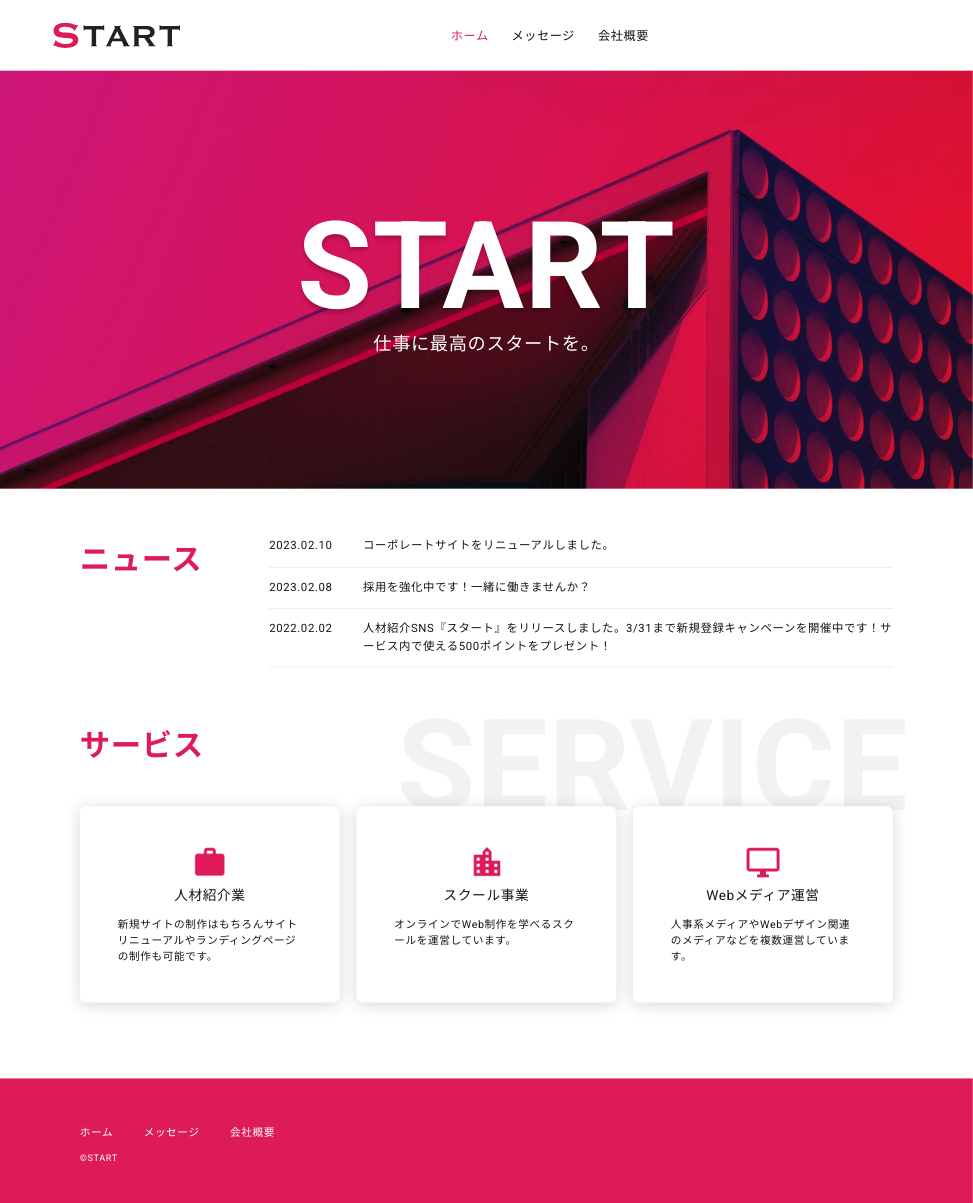
Repository: tetishi/tetishi.github.io
Page: index.html
An editor plug-in stored every save of this project. The page is shown before and after the next save, followed by the edit.
The browser window is 1280 px wide. The pictures show the whole page, at 76% of full size.

Above is the page before, as saved 2023-07-17 15:05:18.

After the next save:
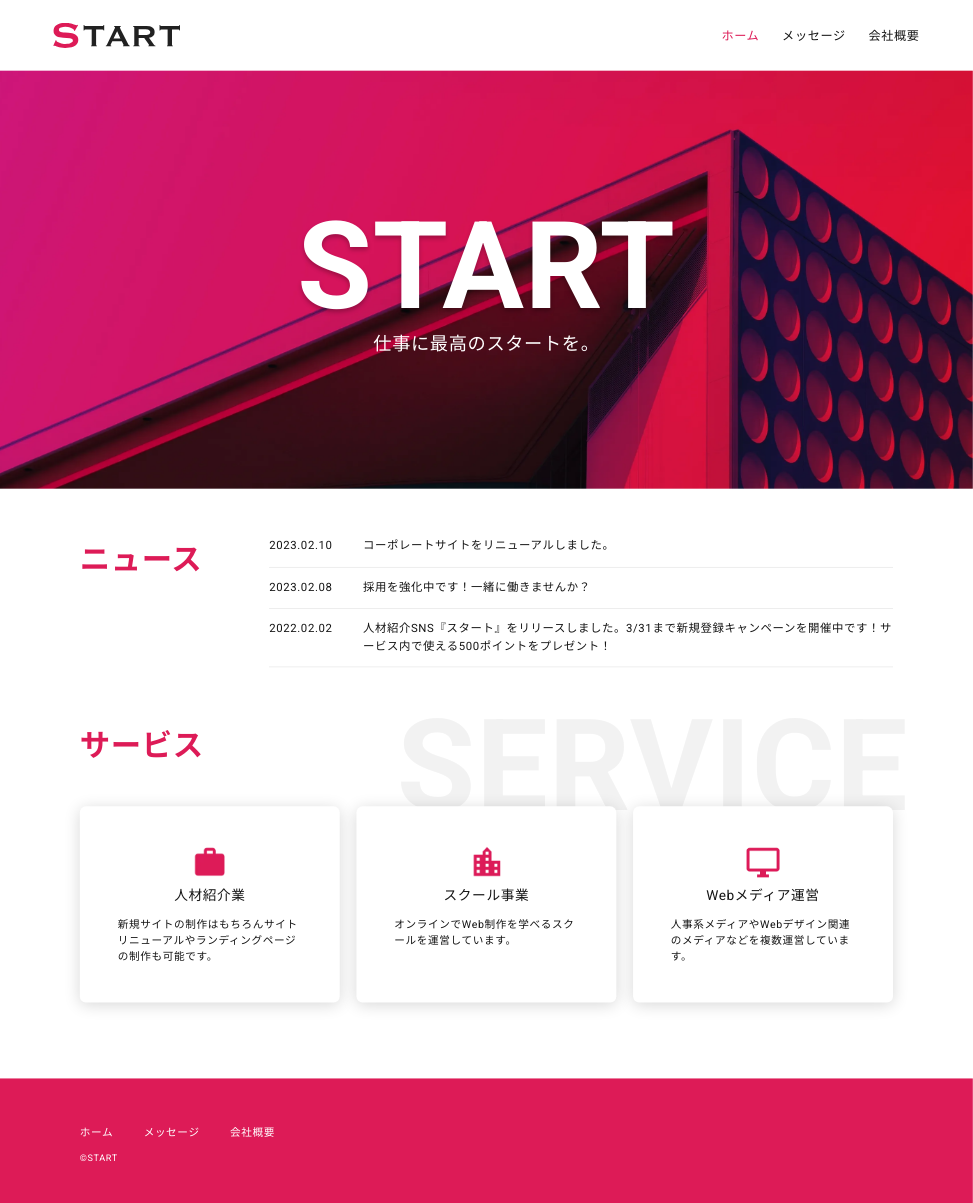
Saved 9 s later.
--- a/index.html
+++ b/index.html
@@ -35,7 +35,7 @@
                     </li>
                 </ul>
             </nav>
-            <div class="overlay"></div>
+            <!-- <div class="overlay"></div> -->
             <div class="hamburger-btn">
                 <span class="bar bar_top"></span>
                 <span class="bar bar_mid"></span>

After the save that followed:
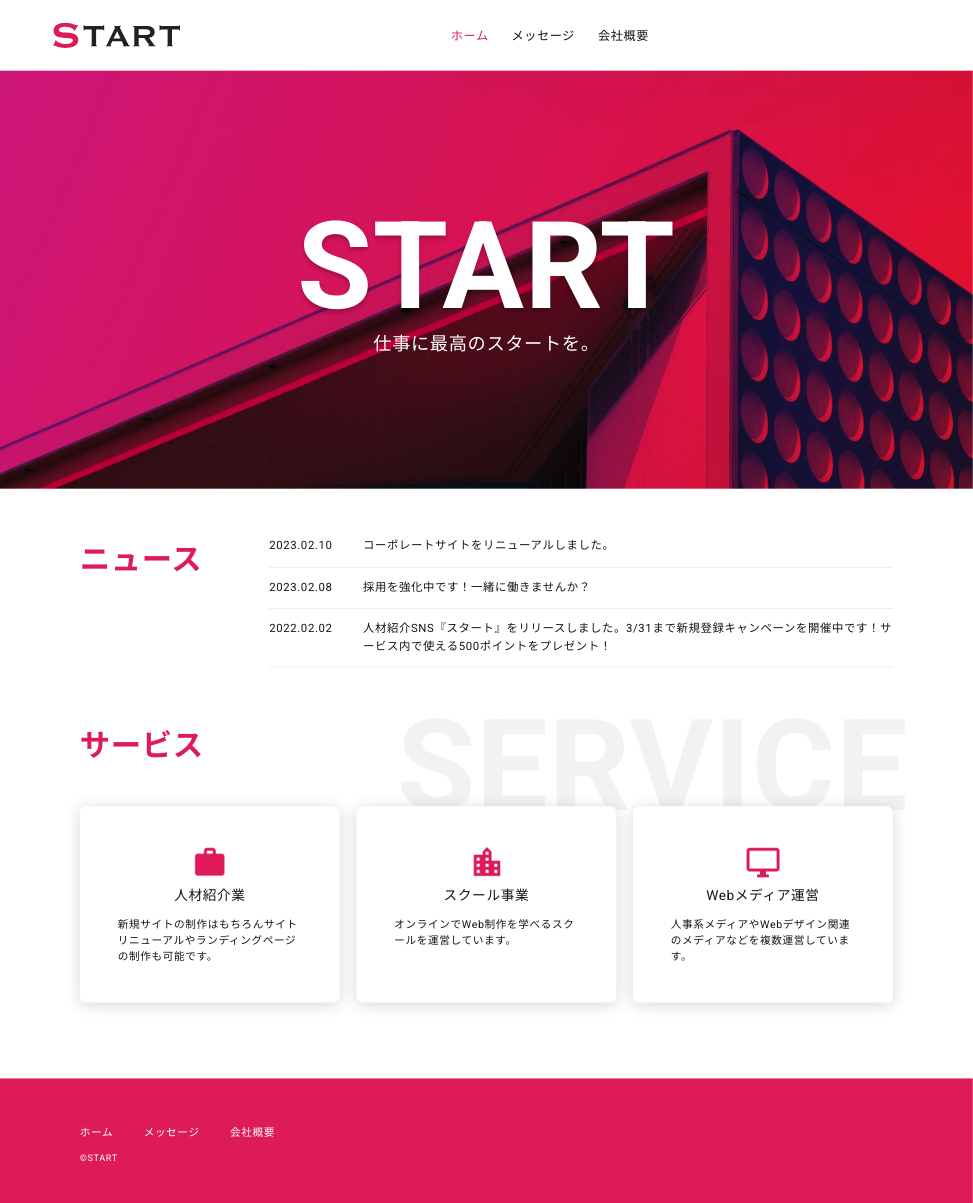
Saved 7 s later.
--- a/index.html
+++ b/index.html
@@ -35,7 +35,7 @@
                     </li>
                 </ul>
             </nav>
-            <!-- <div class="overlay"></div> -->
+            <div class="overlay"></div>
             <div class="hamburger-btn">
                 <span class="bar bar_top"></span>
                 <span class="bar bar_mid"></span>
